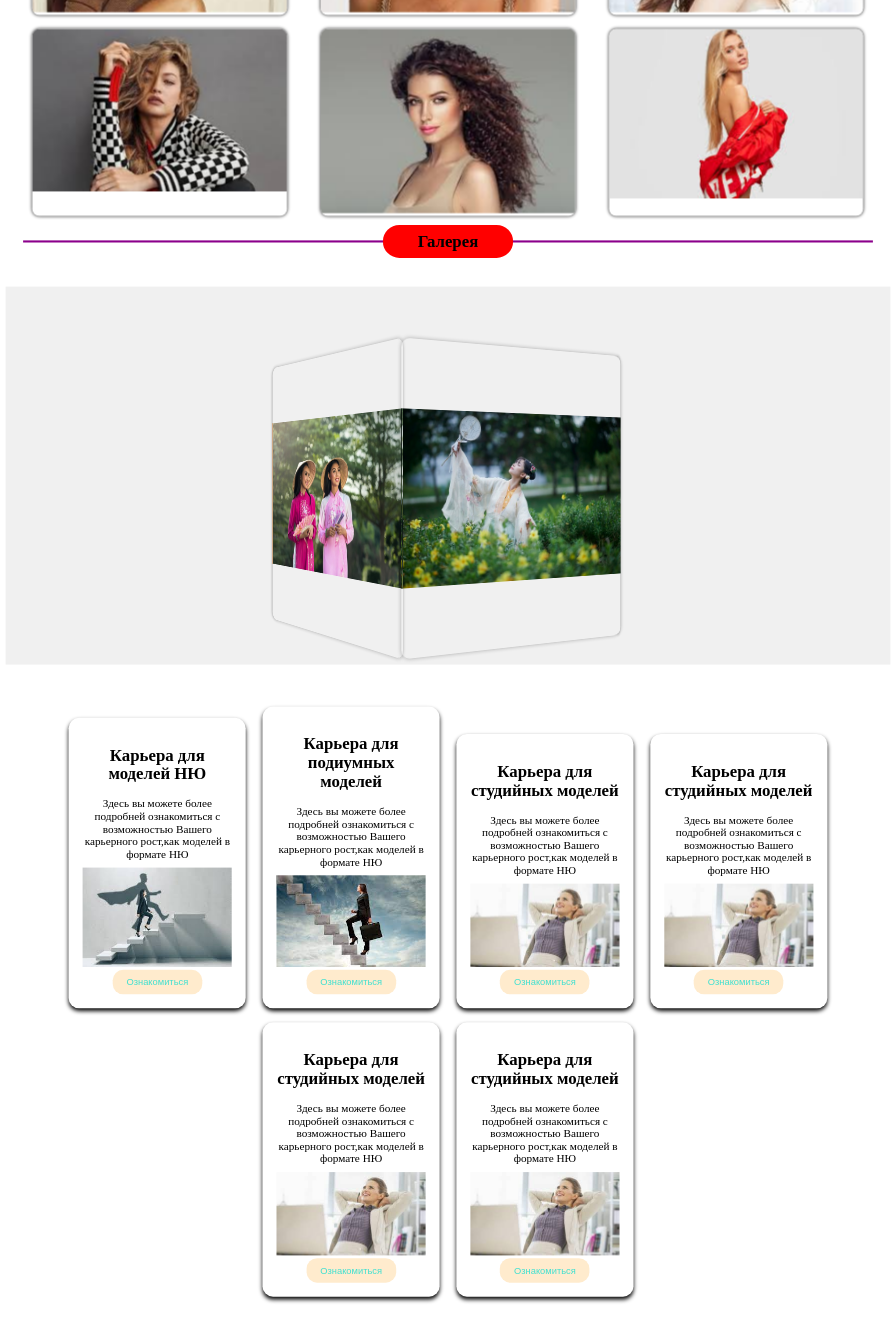
Repository: qtqqrdy13/model-studio
Page: index.html
The author's editor kept a copy of each file at every save. The page is drawn from the files as they stood at one save, then again after the next save.
The browser window is 1280 px wide. The pictures show the part of the page from y = 1569 to 3489 px (the page is 3489 px tall), at 70% of full size.
A picture or video elsewhere on the page could not be fetched, so the positions and the page height are approximate.

Above is the page before, as saved 2023-09-01 13:32:45.

### index.html
<!DOCTYPE html>
<html lang="RU">

<head>
    <meta charset="UTF-8">
    <meta name="viewport" content="width=device-width, initial-scale=1.0">
    <title>model studio</title>
    <link rel="stylesheet" type="text/css" href="style.css">
</head>

<body>
    <header class="header">
        <div class="conteiner">
            <div class="header_inner">
                <div class="header_logo">
                    MS15
                </div>
                <nav class="nav">
                    <a class="nav_link" href="#">Про нас</a>
                    <a class="nav_link" href="#">Для моделей</a>
                    <a class="nav_link" href="#">Галерея</a>
                    <a class="nav_link" href="#">Карьера</a>
                    <a class="nav_link" href="#">Услуги</a>
                    <a class="nav_link" href="#">Контакты</a>
                </nav>
            </div>
        </div>
    </header>

    <div class="intro">
         <div class="intro__inner">
            <h2 class="intro_suptitle">
                Добро пожаловать!
            </h2>
            <h1 class="intro_title">
                На наш сайт
            </h1>
                    <a class="button">
                        Читать далее
                    </a>
        </div>
        <img src="../java/img/ответственная-стильная-девушка-отдающая-приветствие-слушая-порядок-217387674.webp" alt="">

    </div>
     <div id="about_us">
        <div class="announcement">
            <h2 class="title">
                Про нас
            </h2>
        </div>
    </div>
    <div class="welcome_conteiner">
        <div class="text_content">
            <h1>
                МЫ СУПЕР НОВАЯ КРУТАЯ МОДЕЛЬНАЯ СТУДИЯ
            </h1>
            <p>
                Lorem ipsum dolor sit amet consectetur adipiscing elit mollis interdum, ac parturient magnis ultricies congue gravida nulla vivamus sem, purus maecenas id vestibulum odio aptent facilisis ante. Finibus mi enim porta tristique ipsum conubia viverra bibendum praesent, rhoncus pellentesque senectus vestibulum odio ornare curabitur feugiat nec dictum, montes nascetur fringilla netus efficitur himenaeos elementum facilisis. Amet purus commodo vel nullam vulputate non mi sagittis ac, malesuada vehicula varius phasellus tristique tempor ullamcorper facilisis, sem quisque morbi consequat curae imperdiet eros libero.
            </p>
            <a class="clicker" href="#">
                Читать дальше
            </a>
        </div>
        <div class="image_content">
            <img src="../ргн.png">
        </div>
    </div>
    <div id="for_models">
        <div class="announcement">
            <h2 class="title">
                Для моделей
            </h2>
        </div>
    </div>
    <div class="wrapper">
        <div class="block">
            <img src="../java/img/Без названия (1).jpg">
            <div class="information">
                <h1>
                    Хочу Вас познакомить с шикарными девушками которые готовы работать в формате nu.
                </h1>
                <p>
                    Тыкайте сюда.
                </p>
                <a href="#" class="btn">
                    Далее
                </a>
            </div>
        </div>
        <div class="block">
            <img src="../java/img/Без названия (2).jpg">
            <div class="information">
                <h1>
                    Хочу Вас познакомить с шикарными девушками которые готовы работать в формате nu.
                </h1>
                <p>
                    Тыкайте сюда.
                </p>
                <a href="#" class="btn">
                    Далее
                </a>
            </div>
        </div>
        <div class="block">
            <img src="../java/img/Без названия (3).jpg">
            <div class="information">
                <h1>
                    Хочу Вас познакомить с шикарными девушками которые готовы работать в формате nu.
                </h1>
                <p>
                    Тыкайте сюда.
                </p>
                <a href="#" class="btn">
                    Далее
                </a>
            </div>
        </div>
        <div class="block">
            <img src="../java/img/images.jpg">
            <div class="information">
                <h1>
                    Хочу Вас познакомить с шикарными девушками которые готовы работать в формате nu.
                </h1>
                <p>
                    Тыкайте сюда.
                </p>
                <a href="#" class="btn">
                    Далее
                </a>
            </div>
        </div>
        <div class="block">
            <img src="../java/img/images (1).jpg">
            <div class="information">
                <h1>
                    Хочу Вас познакомить с шикарными девушками которые готовы работать в формате nu.
                </h1>
                <p>
                    Тыкайте сюда.
                </p>
                <a href="#" class="btn">
                    Далее
                </a>
            </div>
        </div>
        <div class="block">
            <img src="../java/img/images (2).jpg">
            <div class="information">
                <h1>
                    Хочу Вас познакомить с шикарными девушками которые готовы работать в формате nu.
                </h1>
                <p>
                    Тыкайте сюда.
                </p>
                <a href="#" class="btn">
                    Далее
                </a>
            </div>
        </div>
    </div>
    <div id="gallery">
        <div class="announcement">
            <h2 class="title">
                Галерея
            </h2>
        </div>
    </div>
    <div class="carusel-conteiner">
        <div class="carusel">
            <div class="slide">
                <img src="../java/img/q.webp">
            </div>
              <div class="slide">
                <img src="../java/img/w.jpg">
              </div>
                <div class="slide">
                    <img src="../java/img/e.jpg">
                </div>
                <div class="slide">
                    <img src="../java/img/r.jpg">
                </div>
                <div class="slide">
                    <img src="../java/img/t.jpg">
                </div>
            </div>
        </div>
    </div>
    <div class="suction">
        <div class="category">
            <h2>
                Карьера для моделей НЮ
            </h2>
            <p>
                Здесь вы можете более подробней ознакомиться с возможностью Вашего карьерного рост,как моделей в формате НЮ
            </p>
            <img src="../java/img/kariera2.jpg" alt="image1">
            <button class="baton">
                Ознакомиться
            </button>
        </div>
        <div class="category">
            <h2>
                Карьера для подиумных моделей
            </h2>
            <p>
                Здесь вы можете более подробней ознакомиться с возможностью Вашего карьерного рост,как моделей в формате НЮ
            </p>
            <img src="../java/img/kariera.jpg" alt="image2">
            <button class="baton">
                Ознакомиться
            </button>
        </div>
        <div class="category">
            <h2>
                Карьера для студийных моделей
            </h2>
            <p>
                Здесь вы можете более подробней ознакомиться с возможностью Вашего карьерного рост,как моделей в формате НЮ
            </p>
            <img src="../java/img/kariera3.jpg" alt="image3">
            <button class="baton">
                Ознакомиться
            </button>
        </div>
        <div class="category">
            <h2>
                Карьера для студийных моделей
            </h2>
            <p>
                Здесь вы можете более подробней ознакомиться с возможностью Вашего карьерного рост,как моделей в формате НЮ
            </p>
            <img src="../java/img/kariera3.jpg" alt="image3">
            <button class="baton">
                Ознакомиться
            </button>
        </div>
        <div class="category">
            <h2>
                Карьера для студийных моделей
            </h2>
            <p>
                Здесь вы можете более подробней ознакомиться с возможностью Вашего карьерного рост,как моделей в формате НЮ
            </p>
            <img src="../java/img/kariera3.jpg" alt="image3">
            <button class="baton">
                Ознакомиться
            </button>
        </div>
        <div class="category">
            <h2>
                Карьера для студийных моделей
            </h2>
            <p>
                Здесь вы можете более подробней ознакомиться с возможностью Вашего карьерного рост,как моделей в формате НЮ
            </p>
            <img src="../java/img/kariera3.jpg" alt="image3">
            <button class="baton">
                Ознакомиться
            </button>
        </div>
    </div>
</body>

</html>

### style.css
.header {
    background-color: burlywood;
    color: black;
    padding: 5px;
}

.conteiner {
    max-width: 1200px;
    margin: 0 auto;
}

.header_inner {
    display: flex;
    justify-content: space-between;
    align-items: center;
}

.header_logo {
    font-size: 24px;
    font-weight: bold;
}

.nav {
    display: flex;
}

.nav_link {
    margin-left: 30px;
    text-decoration: none;
    color: black;
    transition: color 0.3s ease;
    align-items: flex-end;
    justify-content: space-between;
}

.nav_link:hover {
    color: crimson;
    font-size: 20px;

}

.nav_link::before {
    position: absolute;
    width: 100%;
    background-color: deeppink;
    transform: scaleX(0);
    transition: transform 0.3s ease;

}

.nav.link:hover::before {
    transform: scaleX(1);
}

.announcement {
    height: 3px;
    background-color: darkmagenta;
    display: flex;
    justify-content: center;
    align-items: center;
    margin: 2% 2%;
}

.title {
    animation-name: fade-in;
    animation-duration: 0.3s;
    text-align: center;
    text-decoration: none;
    color: black;
    background-color: red;
    border-radius: 30px;
    padding: 10px 50px;
}

.title:hover {
    background-color: cadetblue;
    color: coral;
    font-size: 24px;
}

@keyframes fade-in {
    from {
        opacity: 0;
    }

    to {
        opacity: 1;
    }
}

.intro {
    position: relative;
    width: 100%;
    height: auto;
    display: flex;
    align-items: center;
    justify-content: center;
    overflow: hidden;



}

.intro img {
    width: 100%;
    height: auto;
    top: 0;
    left: 0;
    animation: fade-in 1s ease-in-out;
    z-index: -1;
    position: relative;
    display: inline-block;

}

.intro__inner {
    text-align: center;
    z-index: 1;
    position: absolute;
    top: 50%;
    left: 50%;
    transform: translate(-50% -50%);



}

.intro_suptitle {
    font-size: 24px;
    color: aqua;
    margin-bottom: 20px;

}

.intro_title {
    font-size: 18px;
    color: blanchedalmond;
    margin-bottom: 20px;
}

.button {
    display: inline-block;
    padding: 10px 18px;
    background-color: azure;
    color: fuchsia;
    font-size: 16px;
    text-decoration: none;
    border-radius: 5px;
}

.button:hover {
    background-color: antiquewhite;
    color: beige;
    font-size: 24px;
}

@keyframes fade-in {
    from {
        opacity: 0;
    }

    to {
        opacity: 1;
    }

}

.wrapper {
    display: flex;
    flex-wrap: wrap;
    justify-content: space-evenly;
    margin-top: 5%;

}

.block {
    width: calc(30.33% - 20px);
    margin: 10px;
    position: relative;
    overflow: hidden;
    border-radius: 10px;
    box-shadow: 0 0 5px black;



}

.block:hover {
    box-shadow: 0 0 10px black;
    transform: scale(0.9);
}

.block:hover img {
    transform: scale(1.1);
}

.block img {
    width: 100%;
    height: auto;
    object-fit: cover;

}

.information {
    position: absolute;
    bottom: 0;
    left: 0;
    width: 100%;
    padding: 15px;
    background-color: grey;
    color: red;
    opacity: 0;
    transition: opacity 0.3s ease-in-out;
}

.information h1,
p {
    margin: 0;
    padding: 0;
}

.block:hover .information {
    opacity: 1;
}

.btn {
    display: inline-block;
    padding: 10px 20px;
    background-color: brown;
    color: navy;
    text-decoration: none;
    border-radius: 15px;
    margin-top: 5px;
}

.btn:hover {
    background-color: green;
    color: pink;

}

.carusel-conteiner {
    perspective: 1000px;
    display: flex;
    justify-content: center;
    align-items: center;
    height: 75vh;
    background-color: #f0f0f0;
    margin-top: 5%;
}

.carusel {
    width: 300px;
    height: 300px;
    position: relative;
    margin: auto;
    transform-style: preserve-3d;
    animation: rotate 15s infinite linear;
    transform: translateZ(-200px);
}

.slide {
    width: 293px;
    height: 350px;
    position: absolute;
    display: flex;
    justify-content: center;
    align-items: center;
    background-color: #f0f0f0;
    box-shadow: 0px 0px 5px rgba(0, 0, 0, 0.3);
    transform-origin: center center;
    border-radius: 10px;
}

.slide img {
    max-width: 100%;
    max-height: 100%;

}

.slide:nth-child(1) {
    transform: rotateY(0deg) translateZ(200px);
}

.slide:nth-child(2) {
    transform: rotateY(72deg) translateZ(200px);
}

.slide:nth-child(3) {
    transform: rotateY(144deg) translateZ(200px);
}

.slide:nth-child(4) {
    transform: rotateY(216deg) translateZ(200px);
}

.slide:nth-child(5) {
    transform: rotateY(288deg) translateZ(200px);
}

@keyframes rotate {

    0%,
    100% {
        transform: rotateY(0deg);
    }

    20% {
        transform: rotateY(-72deg);
    }

    40% {
        transform: rotateY(-144deg);
    }

    60% {
        transform: rotateY(-216deg);
    }

    80% {
        transform: rotateY(-288deg);
    }
}

.welcome_conteiner {
    display: flex;
    align-items: center;
    justify-content: space-between;
    max-width: 1200px;
    margin: 0 auto;
    padding: 50px;
    background-color: bisque;
    box-shadow: 0px 3px 10px black;
    font-family: 'Gill Sans', 'Gill Sans MT', Calibri, 'Trebuchet MS', sans-serif;
}

.text-content {
    flex: 1;
    padding: 20px;
}

.text-content h1 {
    font-size: 36px;
    margin-bottom: 10px;
}

.text-content p {
    font-size: 18px;
    color: darkblue;
    margin-bottom: 20px;
}

.clicker {
    display: inline-block;
    padding: 10px 20px;
    background-color: navy;
    border-radius: 5px;
    color: gold;
    text-decoration: none;
    transition: background-color 0.3s ease;
    margin-top: 20px;
}

.clicker:hover {
    background-color: gold;
    color: navy;
}

.image_content {
    max-width: 100%;
    height: auto;
    animation: floatAnimation 0.3s infinite;
}

@keyframes floatAnimation {

    0%,
    100% {
        transform: translateY(0);
    }

    50% {
        transform: translateY(-10px);
    }

}

@media (max-width:768px) {
    .welcome_conteiner {
        flex-direction: column;
        text-align: center;
    }

    .image_content {
        margin-top: 20px;
    }
}

.category {
    display: inline-block;
    width: calc(20% - 20px);
    padding: 20px;
    margin: 10px;
    border-radius: 15px;
    box-shadow: 0 4px 6px black;
    transition: transform 0.2s, box-shadow 0.2s;

}

.category:hover {
    transform: translateY(-5px);
    box-shadow: 0 6px 8px black;
}

.category img {
    max-width: 100%;
    height: auto;
    margin-top: 10px;
}

.baton {
    display: inline-block;
    background-color: blanchedalmond;
    color: turquoise;
    border-radius: 15px;
    padding: 10px 20px;
    border: none;
    cursor: pointer;
}

.baton:hover {
    background-color: turquoise;
    color: blanchedalmond;

}

.suction {
    text-align: center;
    padding: 50px;

}

After the next save:
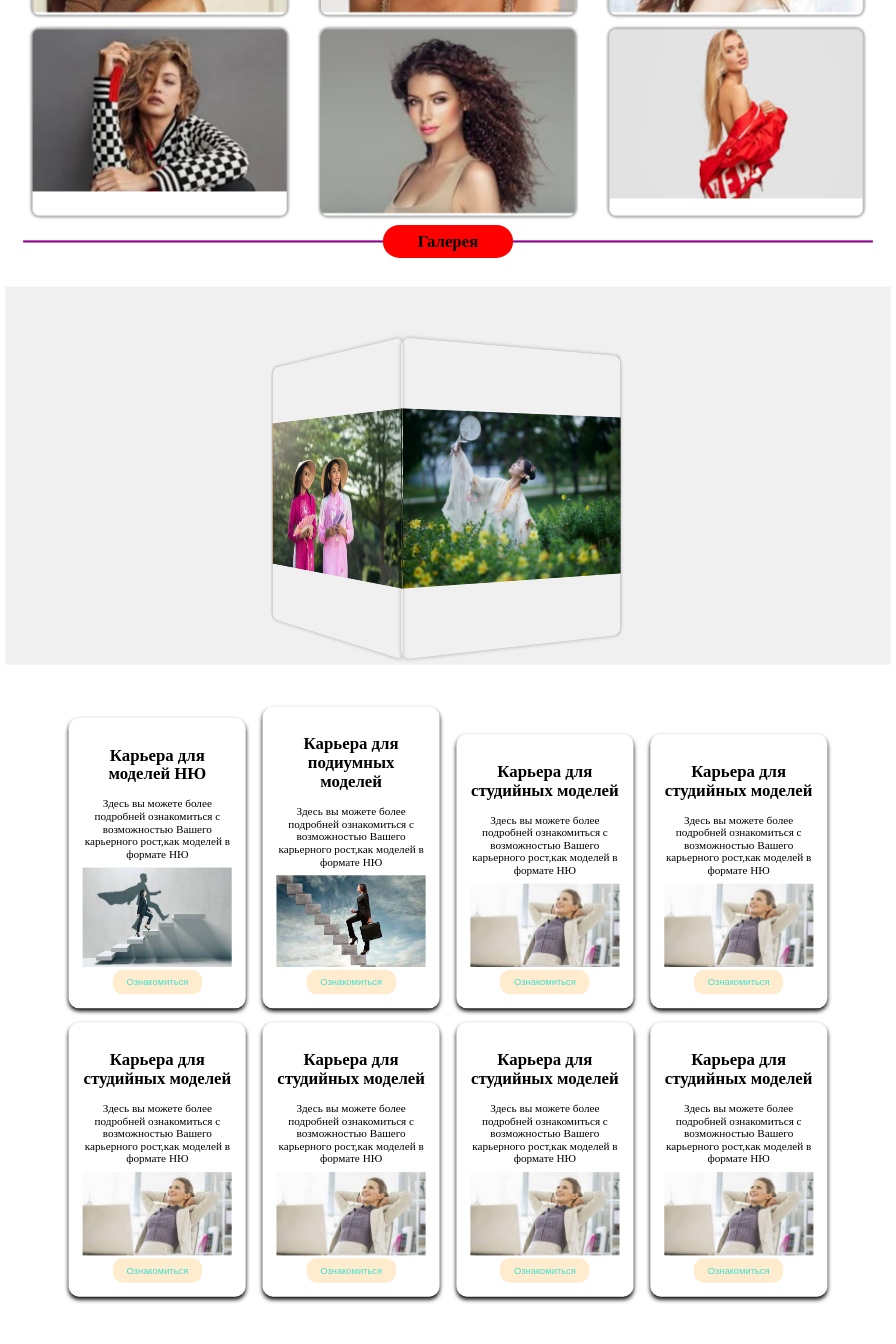
Saved 20 s later.
--- a/index.html
+++ b/index.html
@@ -258,6 +258,30 @@
                 Ознакомиться
             </button>
         </div>
+        <div class="category">
+            <h2>
+                Карьера для студийных моделей
+            </h2>
+            <p>
+                Здесь вы можете более подробней ознакомиться с возможностью Вашего карьерного рост,как моделей в формате НЮ
+            </p>
+            <img src="../java/img/kariera3.jpg" alt="image3">
+            <button class="baton">
+                Ознакомиться
+            </button>
+        </div>
+        <div class="category">
+            <h2>
+                Карьера для студийных моделей
+            </h2>
+            <p>
+                Здесь вы можете более подробней ознакомиться с возможностью Вашего карьерного рост,как моделей в формате НЮ
+            </p>
+            <img src="../java/img/kariera3.jpg" alt="image3">
+            <button class="baton">
+                Ознакомиться
+            </button>
+        </div>
     </div>
 </body>
 
